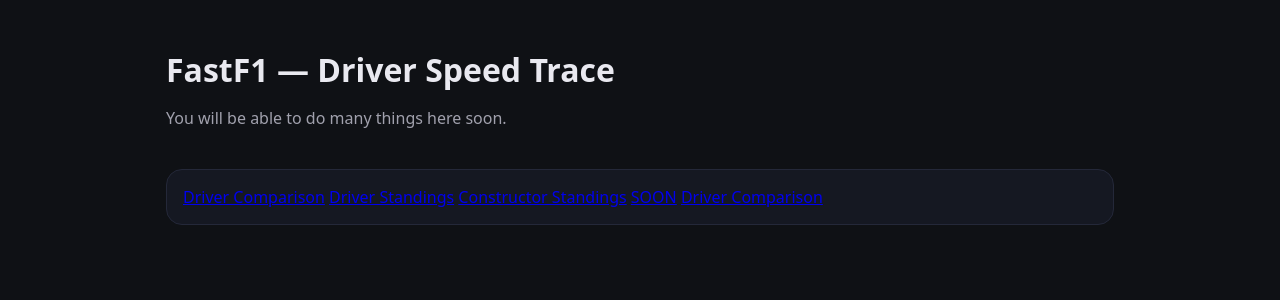
Repository: gqnsptaa/fastf1_web_preview
Page: http://localhost/menu
These files come from the project's save history. The page is drawn as it stood at one moment and after a run of saves; the edit follows.
The browser window is 1280 px wide. The pictures show the whole page.
The page is served by the project's application, run on Flask 3 (app.py).

Above is the page before, as saved 2025-09-22 16:59:05.

After the next 2 saves:
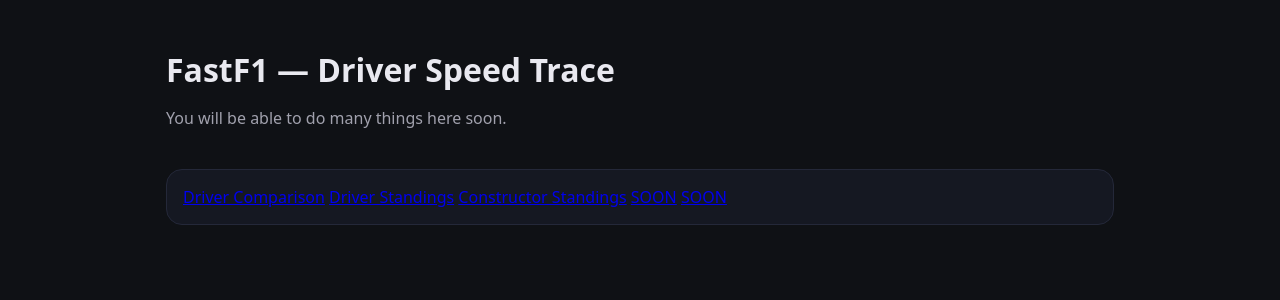
The 2 saves are shown as one change because they came seconds apart.
The last was saved 5 s later.
--- a/templates/menu.html
+++ b/templates/menu.html
@@ -21,9 +21,11 @@
             >Driver Comparison</a
           >
           <a class="menu-btn" href="{{ url_for('index') }}">Driver Standings</a>
-          <a class="menu-btn" href="{{ url_for('index') }}">Constructor Standings</a>
+          <a class="menu-btn" href="{{ url_for('index') }}"
+            >Constructor Standings</a
+          >
           <a class="menu-btn" href="{{ url_for('index') }}">SOON</a>
-          <a class="menu-btn" href="{{ url_for('index') }}">Driver Comparison</a>
+          <a class="menu-btn" href="{{ url_for('index') }}">SOON</a>
         </div>
       </div>
     </div>
